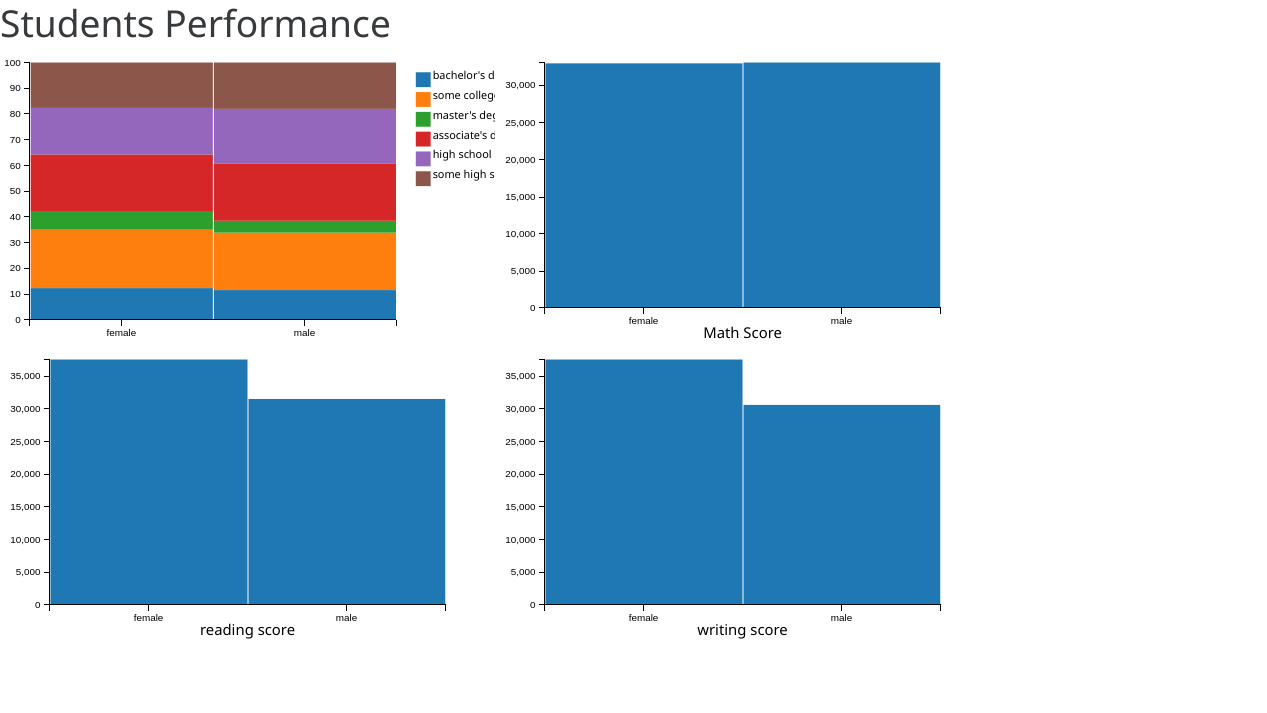
Repository: Baal89/second-milestone-project
Page: index.html
The author's editor kept a record of every edit. The page is drawn from the files as they stood at one moment, then again after the next edit.
The browser window is 1280 px wide. The pictures show the whole page, at 99% of full size.

Above is the page before.

After the next edit:
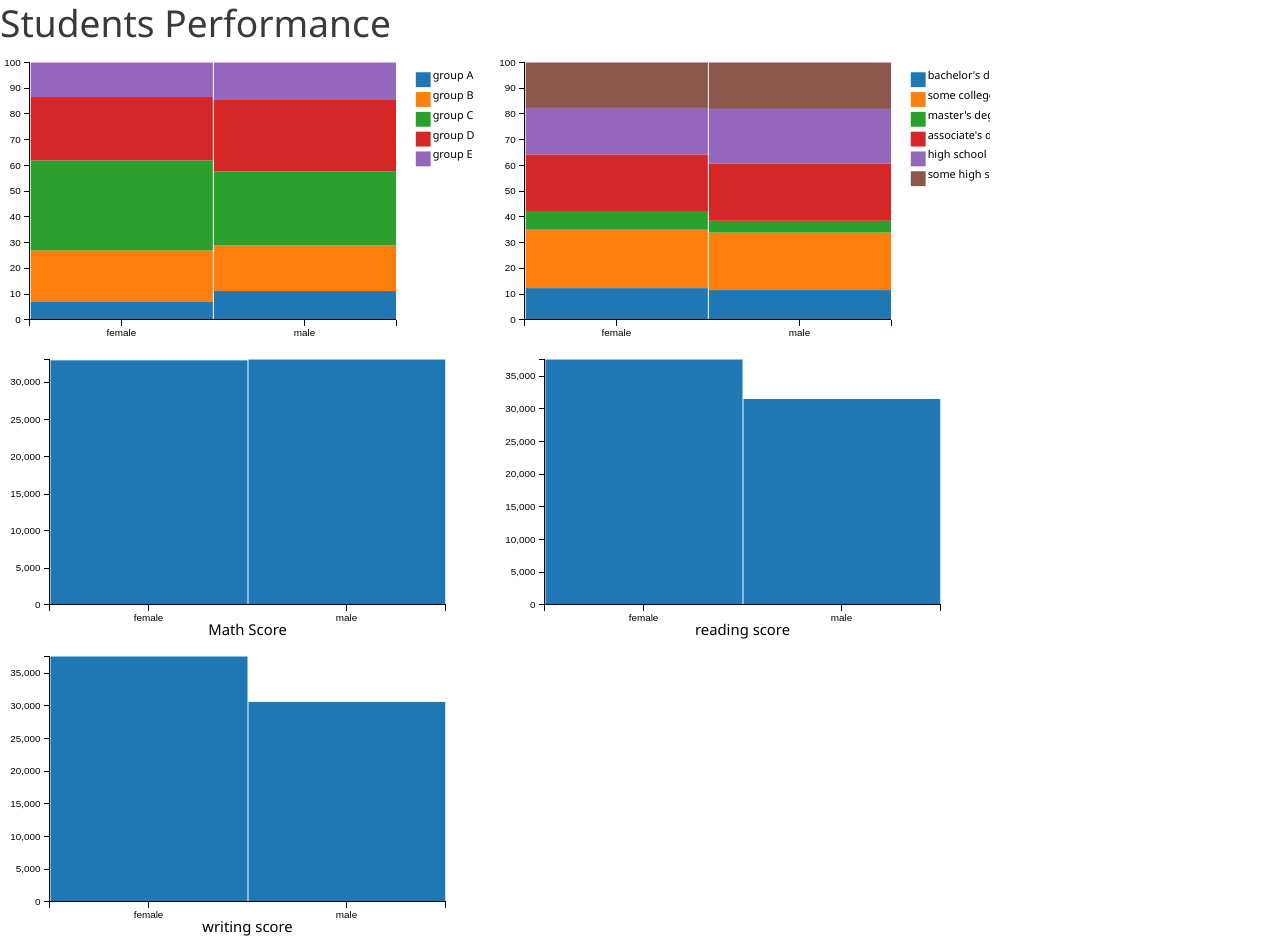
The edit:
--- a/static/js/graph.js
+++ b/static/js/graph.js
@@ -102,7 +102,7 @@
     var fByEducation = rankByEducation(dim, "some high school");
 
 
-    dc.barChart("#ethnicity-perfomance")
+    dc.barChart("#parental-level-education")
         .width(500)
         .height(300)
         .dimension(dim)
